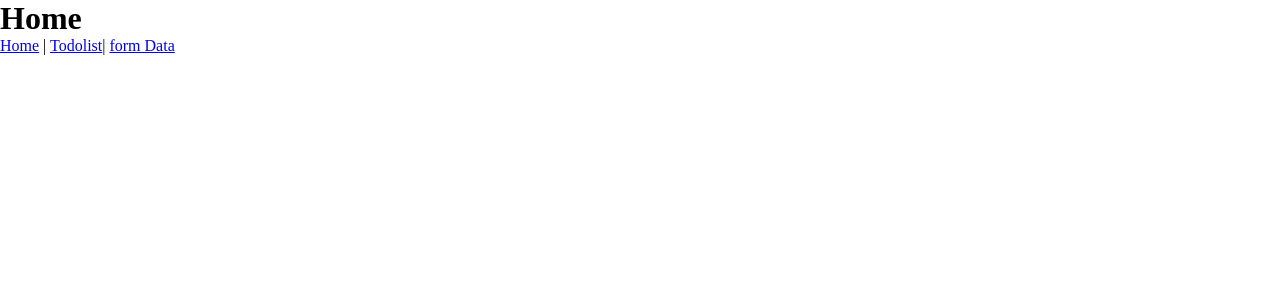
Repository: phamhac178/todolist-reactjs
Page: /
The author's editor kept a copy of each file at every save. The page is drawn from the files as they stood at one save, then again after the next save.
The browser window is 1280 px wide. The pictures show the whole page.
Some web libraries are served in a nearby version. The project was rebuilt for these pictures with package versions that can differ from the ones it lists, and the page was loaded fresh each time. Also part of the build but not shown: src/Components/Form.js, src/Components/Header.js, src/Components/TodoList.js, src/Components/Todos.js, src/scss/data.css, src/Components/Data.js.

Above is the page before, as saved 2022-07-18 16:46:48.

After the next save:
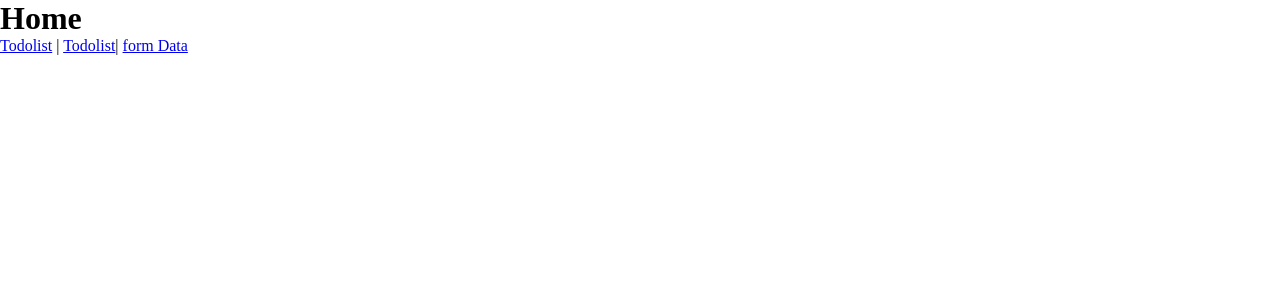
Saved 4 s later.
--- a/src/Components/Menu.js
+++ b/src/Components/Menu.js
@@ -4,7 +4,8 @@ function Menu() {
         <div>
             <h1>Home</h1>
             <nav>
-                <Link to="/">Home</Link> | <Link to="Todolist">Todolist</Link>|{" "}
+                <Link to="/">Todolist</Link> |{" "}
+                <Link to="Todolist">Todolist</Link>|{" "}
                 <Link to="Data">form Data</Link>
             </nav>
         </div>
